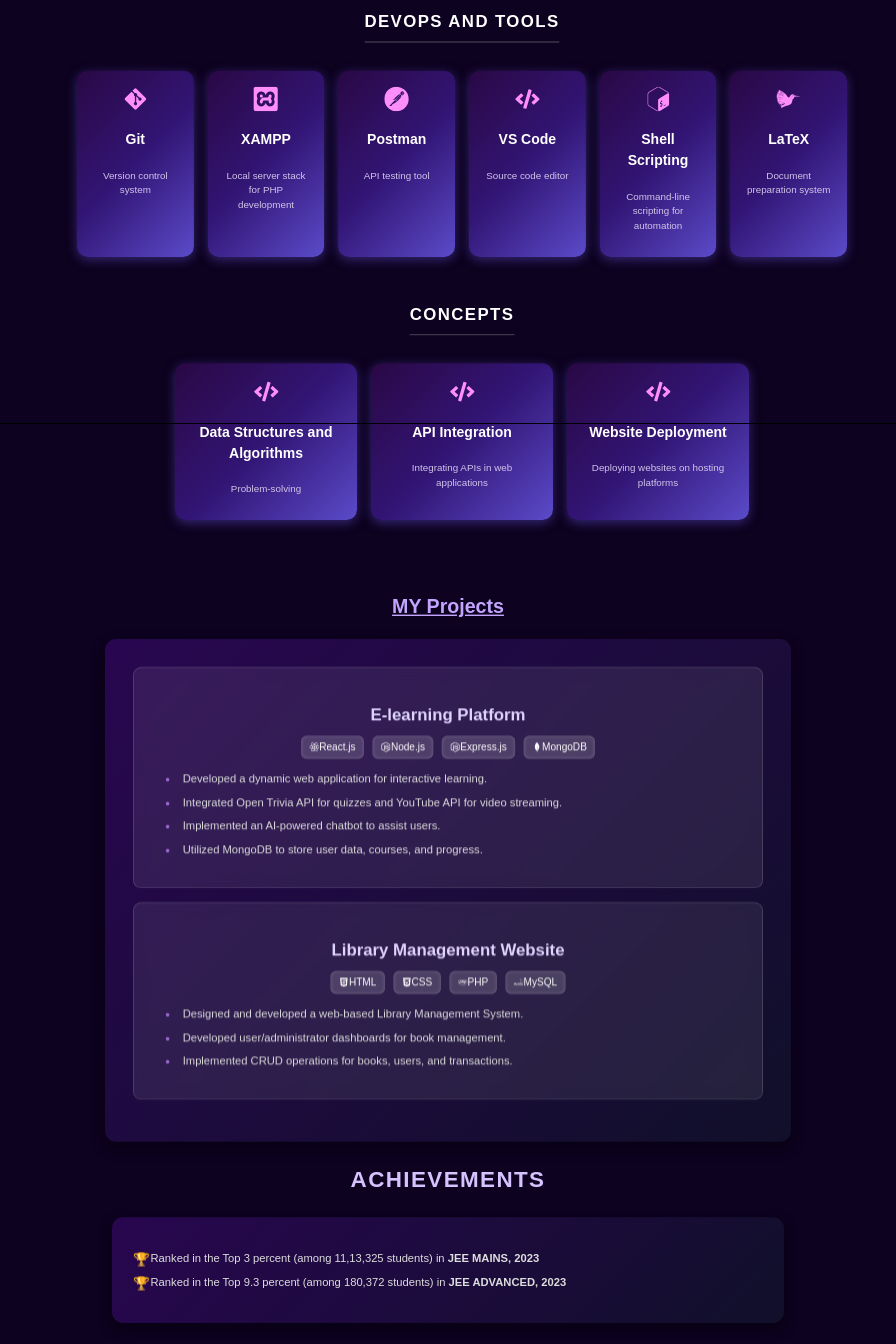
Repository: harshitap1305/Portfolio
Page: /
The author's editor kept a copy of each file at every save. The page is drawn from the files as they stood at one save, then again after the next save.
The browser window is 1280 px wide. The pictures show the part of the page from y = 2300 to 4220 px (the page is 4220 px tall before and 4208 px after), at 70% of full size.
The project was rebuilt for these pictures with package versions that can differ from the ones it lists, and the page was loaded fresh each time. Also part of the build but not shown: vite.config.js.

Above is the page before, as saved 2025-03-27 22:06:30.

After the next save:
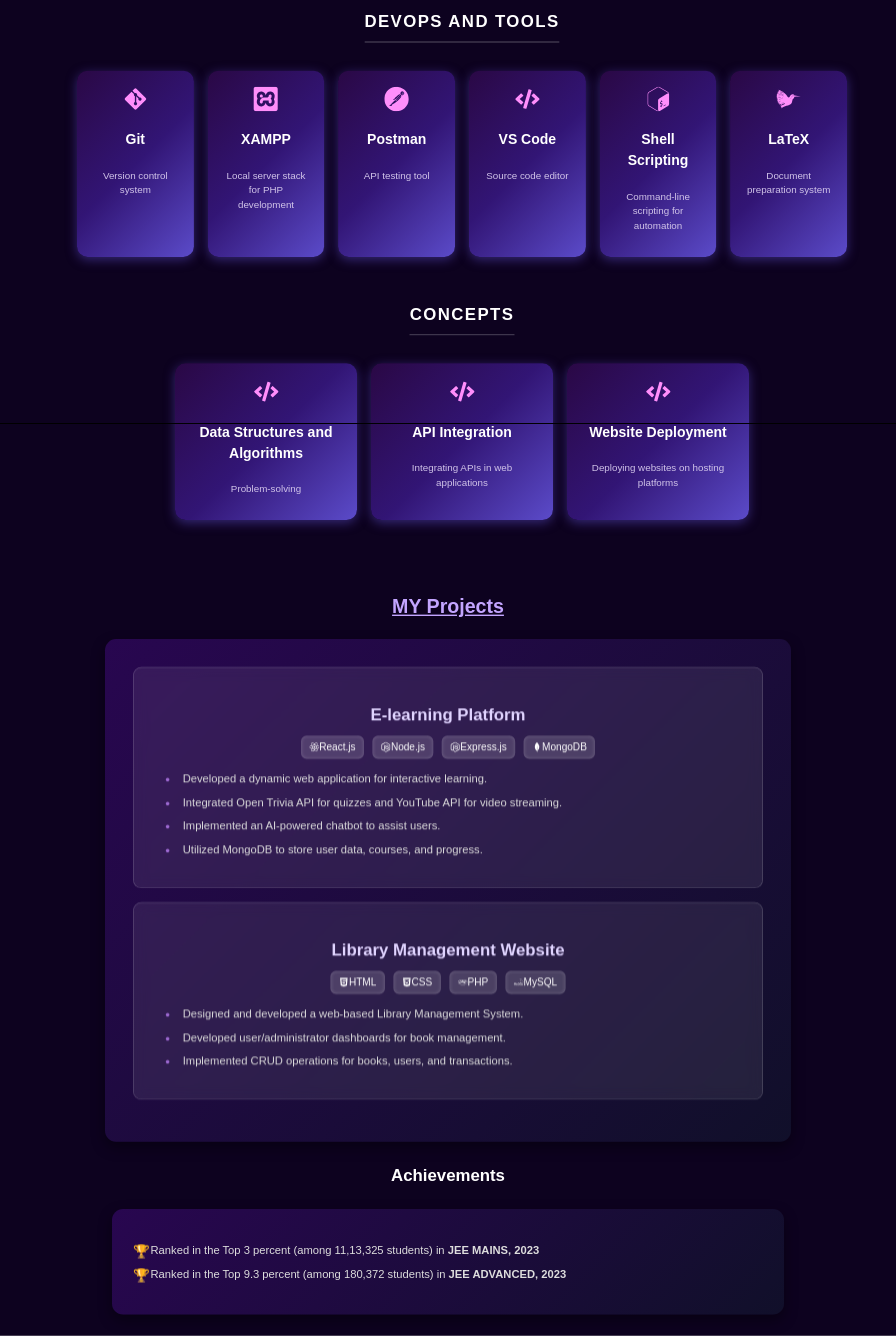
Saved 7 s later.
--- a/src/Home.jsx
+++ b/src/Home.jsx
@@ -98,7 +98,7 @@
       </div>
       <h1 className="projects-heading">MY Projects</h1>
       <Projects/>
-      <h2 className="section-title">Achievements</h2>
+      <h2 className="ach-title">Achievements</h2>
       <div className="achievements-container">
 
   <ul className="achievements-list">
